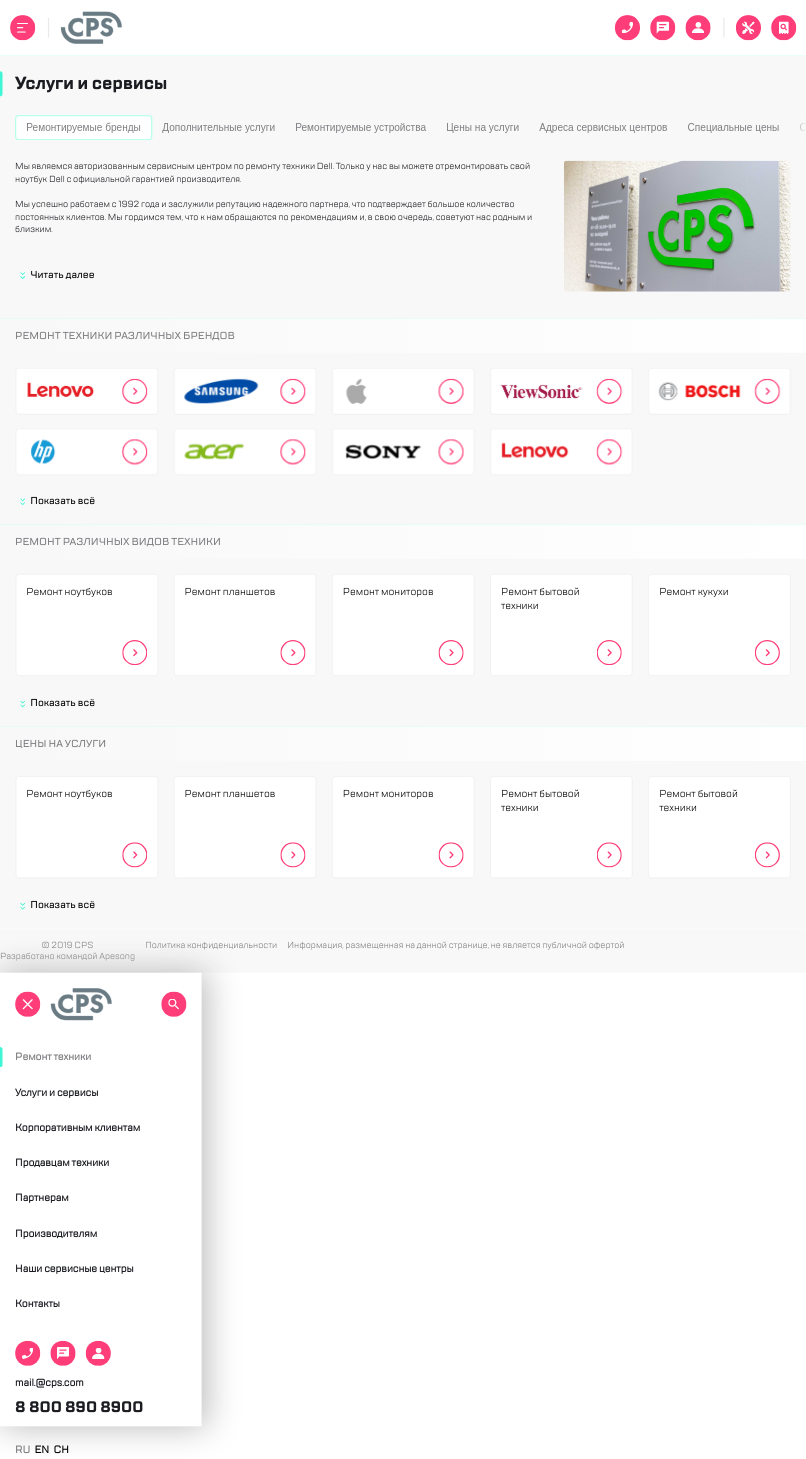
Repository: Dedoxa/WebCoreF
Page: /
The author's editor kept a copy of each file at every save. The page is drawn from the files as they stood at one save, then again after the next save.
The browser window is 1280 px wide. The pictures show the whole page, at 63% of full size.
The project was rebuilt for these pictures with package versions that can differ from the ones it lists, and the page was loaded fresh each time. Also part of the build but not shown: webpack.config.js.

Above is the page before, as saved 2024-06-14 16:52:12.

After the next save:
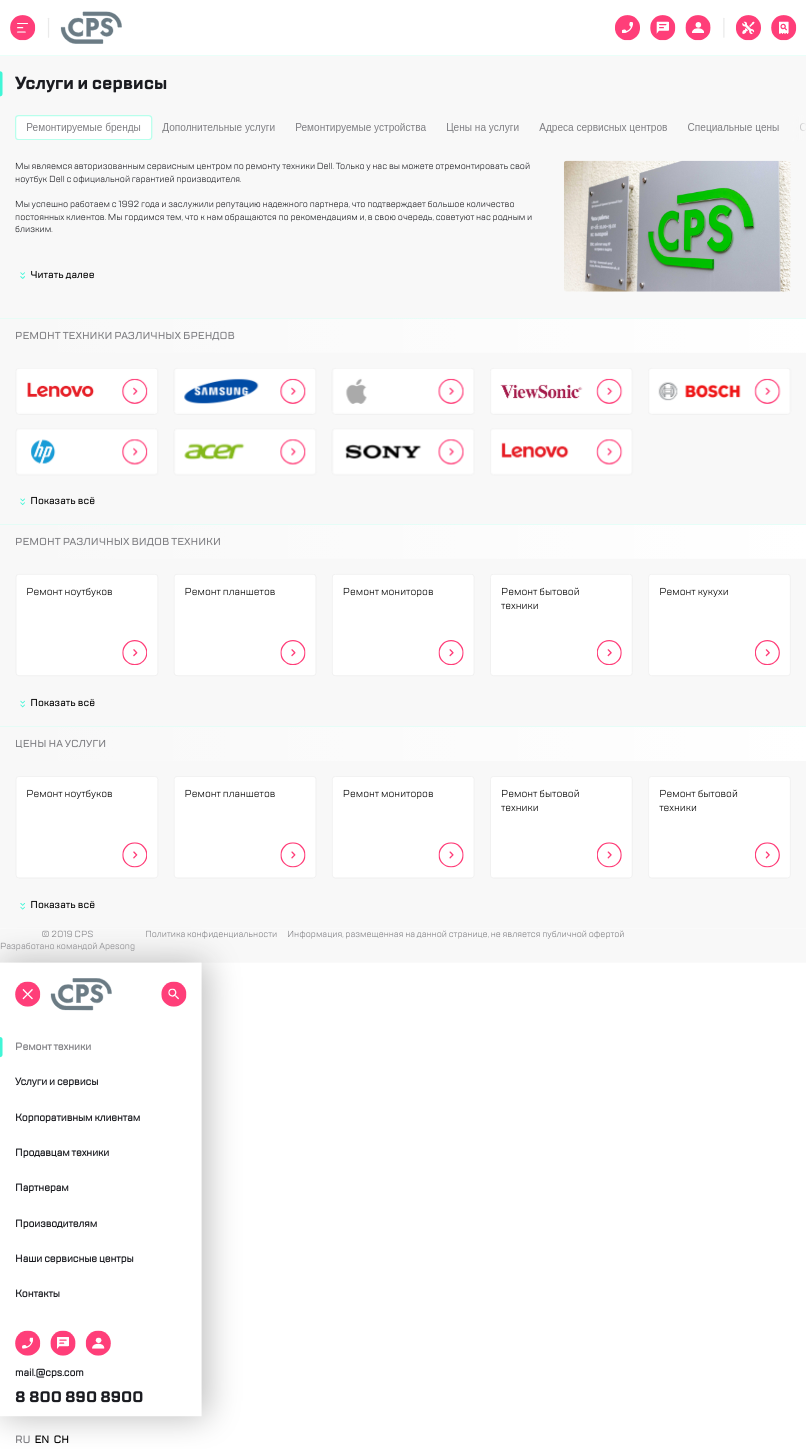
Saved 33 s later.
--- a/src/scss/footer.scss
+++ b/src/scss/footer.scss
@@ -4,7 +4,6 @@
   font-size: 14px;
 
   .footer__wrapper {
-    padding-top: 16px;
     padding-bottom: 16px;
     display: flex;
     flex-direction: column;

After the save that followed:
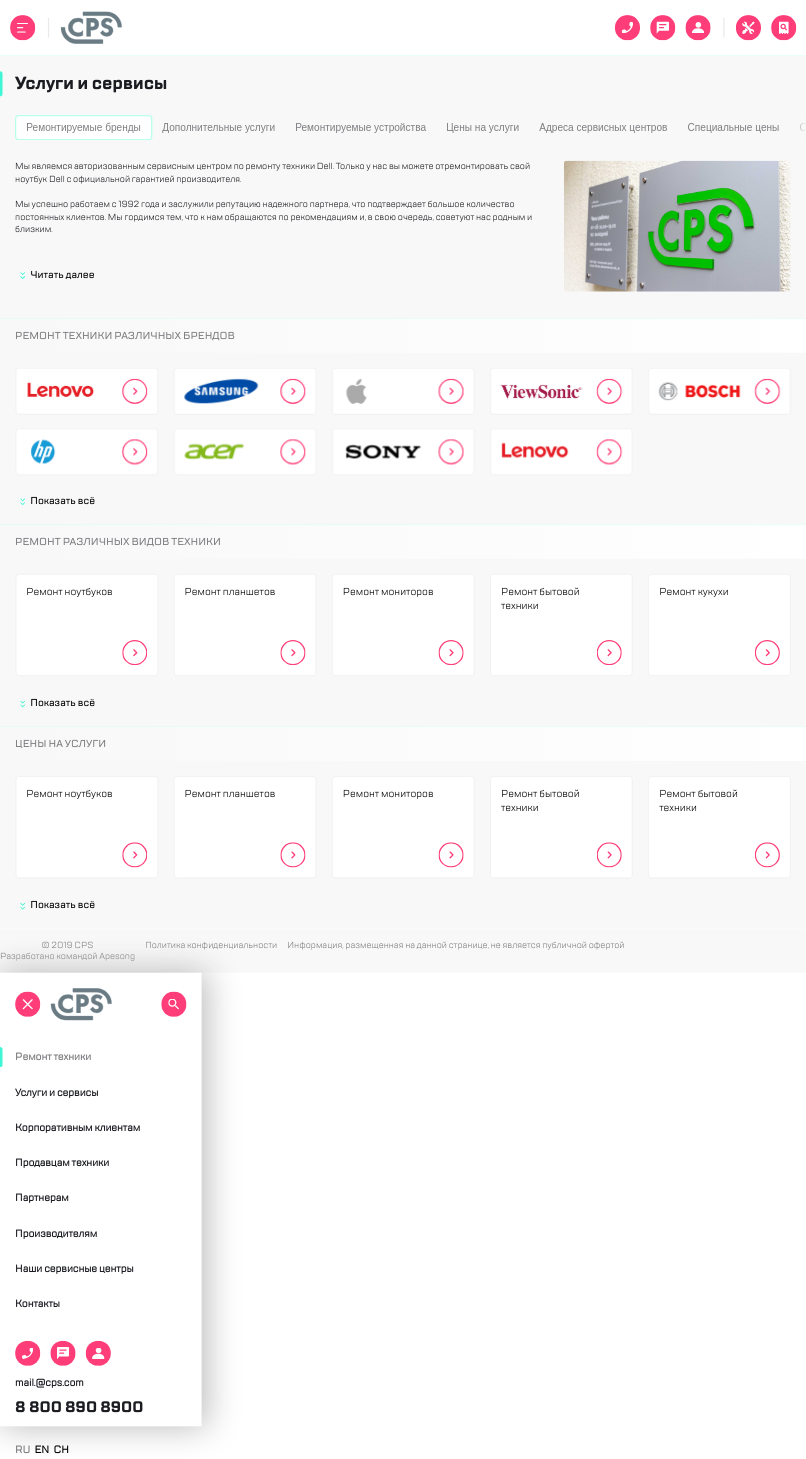
Saved 7 s later.
--- a/src/scss/footer.scss
+++ b/src/scss/footer.scss
@@ -4,6 +4,7 @@
   font-size: 14px;
 
   .footer__wrapper {
+    padding-top: 16px;
     padding-bottom: 16px;
     display: flex;
     flex-direction: column;
